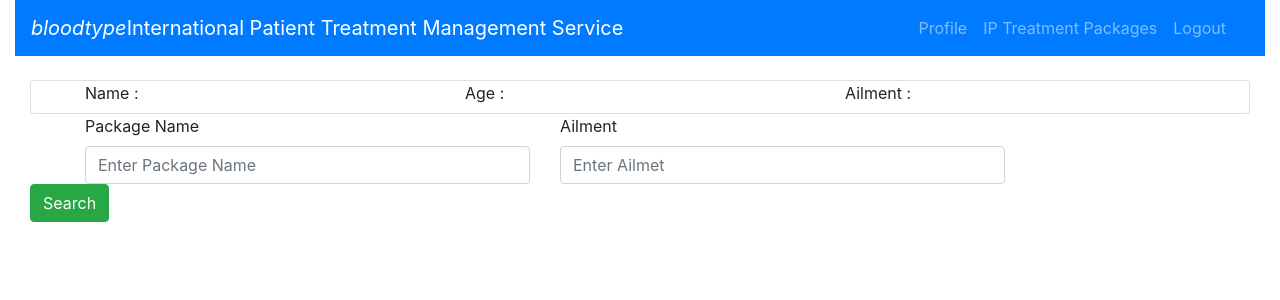
Repository: Vineet2408/POD-Cognizant
Page: http://localhost/iptms-UIportal/WEB-INF/view/IPTreatmentPackagesServices.jsp
The author's editor kept a copy of each file at every save. The page is drawn from the files as they stood at one save, then again after the next save.
The browser window is 1280 px wide. The pictures show the whole page.
The page is served by Tomcat 9. Nobody is signed in. The template is opened directly, without the code that normally fills it, so the values that code supplies are empty.

Above is the page before, as saved 2021-03-07 15:57:27.

After the next save:
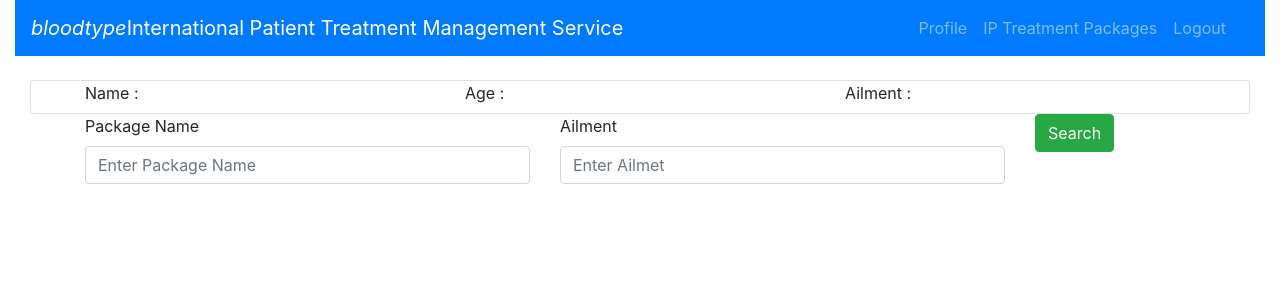
Saved 41 s later.
--- a/iptms-UIportal/src/main/webapp/WEB-INF/view/IPTreatmentPackagesServices.jsp
+++ b/iptms-UIportal/src/main/webapp/WEB-INF/view/IPTreatmentPackagesServices.jsp
@@ -48,9 +48,12 @@
 						<label for="ailmet">Ailment</label>
 						<input type="text" class="form-control" id="ailmet" name="ailmet" placeholder="Enter Ailmet">
 					</div>
+					<div class="col-md-2">
+						<button type="submit" class="btn btn-success">Search </button>
+					</div>
 				</div>
 			</div>
-			<button type="submit" class="btn btn-success">Search </button>
+
 		</form>
 	</div>
 	<div class="container-fluid">
